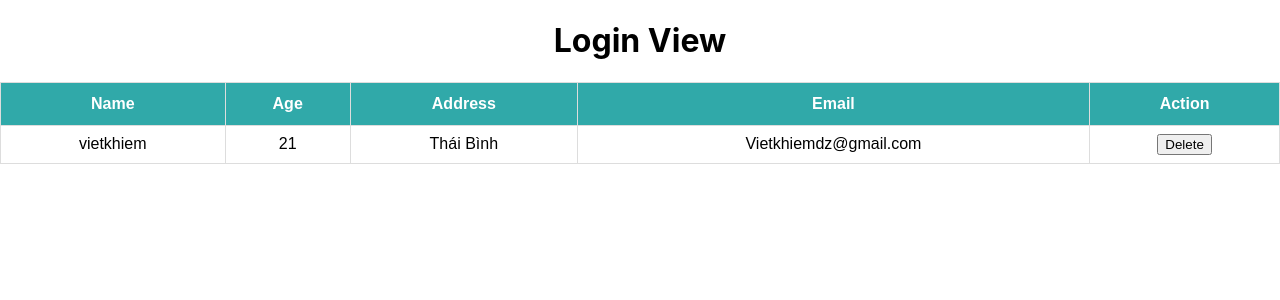
Repository: vietkhiem/TypeScript
Page: /
An editor plug-in stored every save of this project. The page is shown before and after a run of saves, followed by the edit.
The browser window is 1280 px wide. The pictures show the whole page.
The project was rebuilt for these pictures with package versions that can differ from the ones it lists, and the page was loaded fresh each time.

Above is the page before, as saved 2022-03-16 17:37:35.

After the next 2 saves:
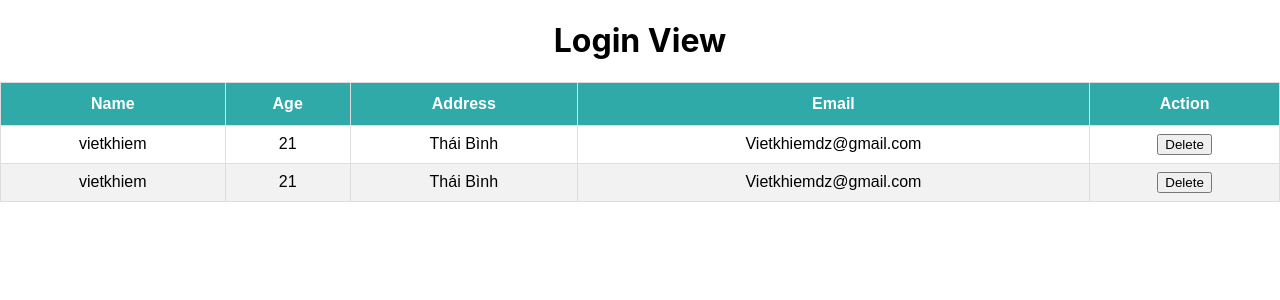
The 2 saves are shown as one change because 1 did not build or start.
The last was saved 34 s later.
--- a/src/App.tsx
+++ b/src/App.tsx
@@ -6,6 +6,13 @@ import TableCustom from './pages/table';
 
 function App() {
   const students = [
+    {
+      name: 'vietkhiem',
+      age: 21,
+      address: 'Thái Bình',
+      email: 'Vietkhiemdz@gmail.com',
+      action: 'Delete'
+    },
     {
       name: 'vietkhiem',
       age: 21,
